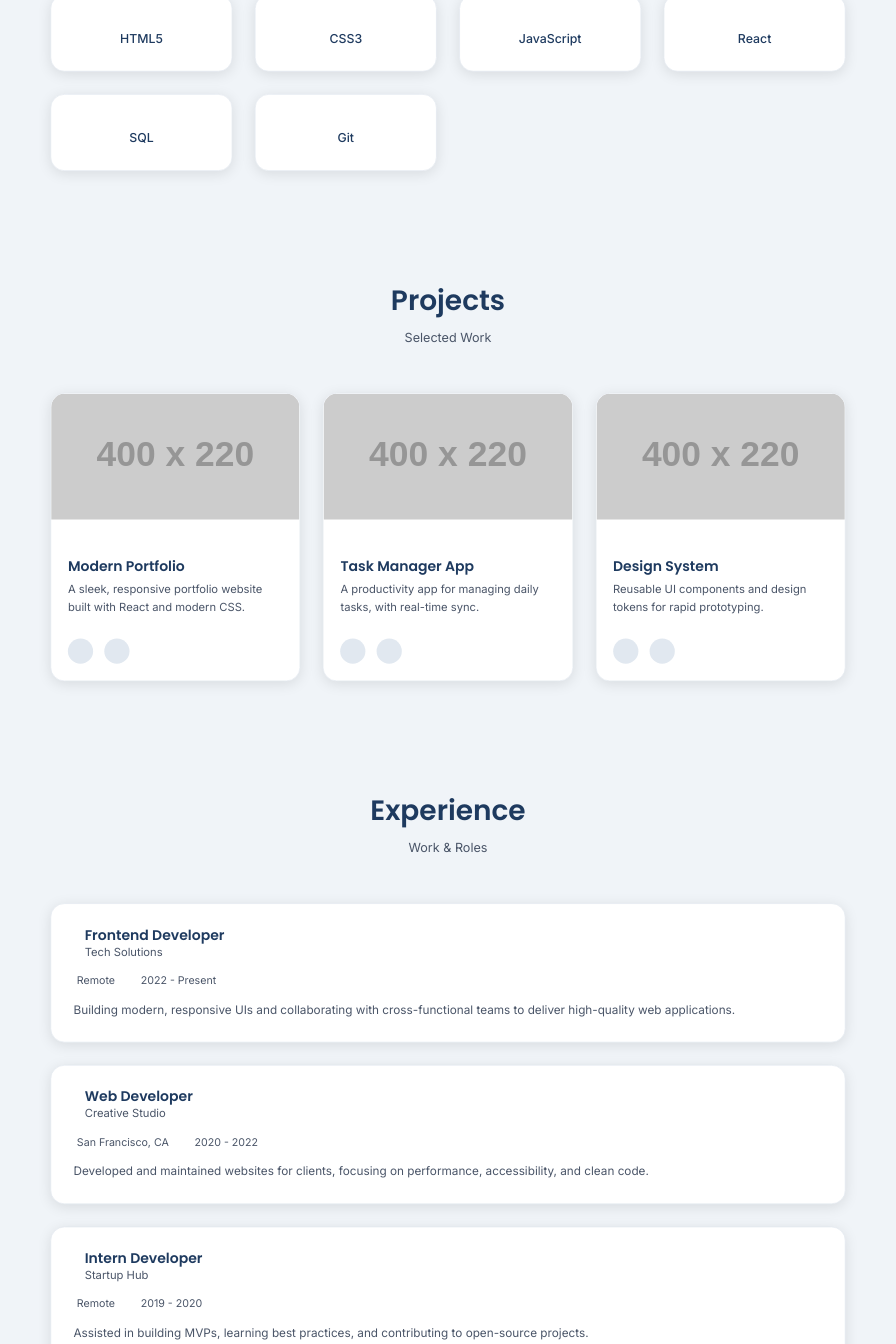
Repository: TharunPathakamuri/Portfolio
Page: index.html
An editor plug-in stored every save of this project. The page is shown before and after a run of saves, followed by the edit.
The browser window is 1280 px wide. The pictures show the part of the page from y = 1926 to 3846 px (the page is 4852 px tall before and 4877 px after), at 70% of full size.

Above is the page before, as saved 2025-07-04 23:30:46.

After the next 2 saves:
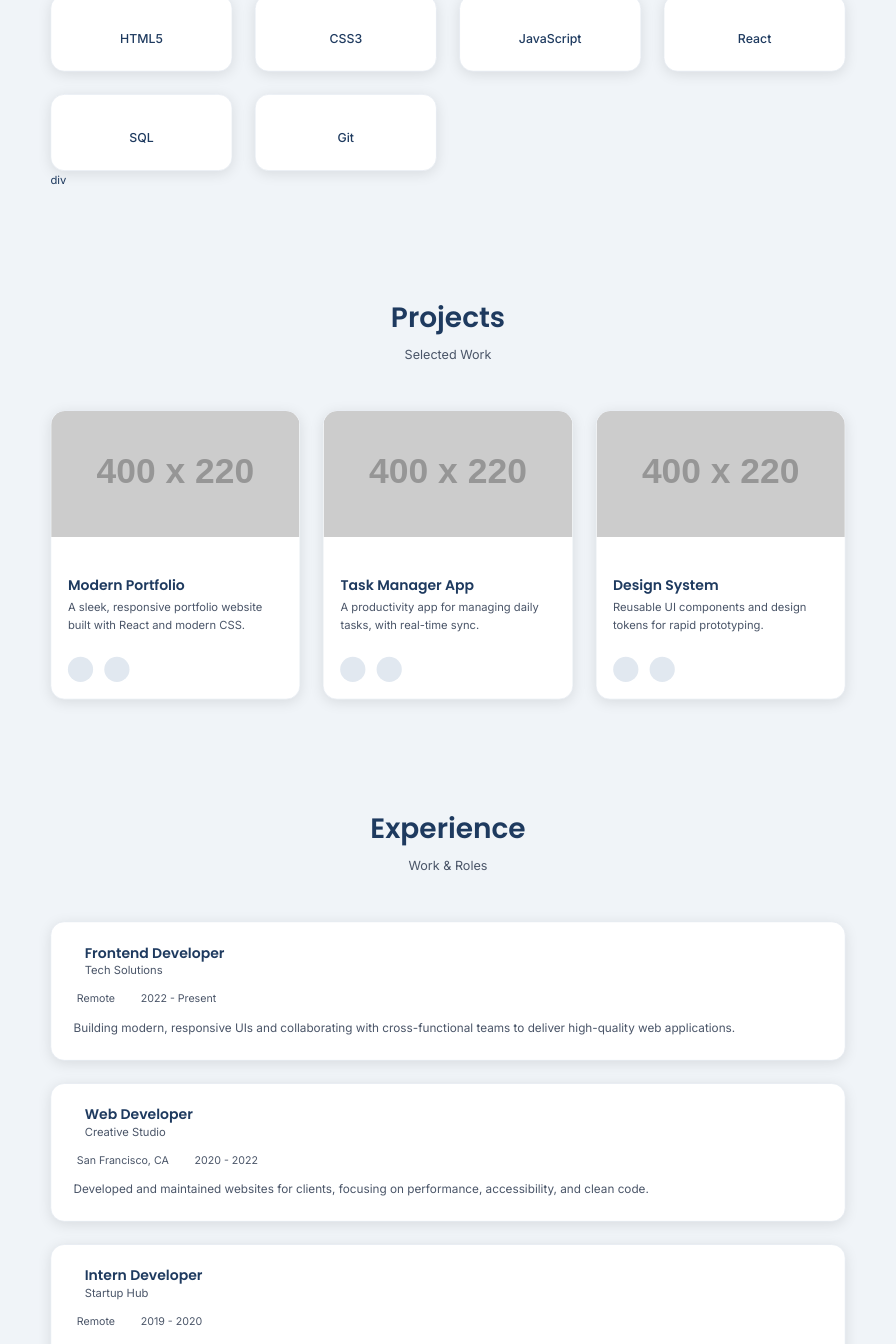
The 2 saves are shown as one change because they came seconds apart.
The last was saved 7 s later.
--- a/index.html
+++ b/index.html
@@ -294,6 +294,7 @@
             </div>
             <div class="skill-name">Git</div>
           </div>
+          </div>div
     </section>
 
     <!-- Projects Section -->

After the 2 saves that followed:
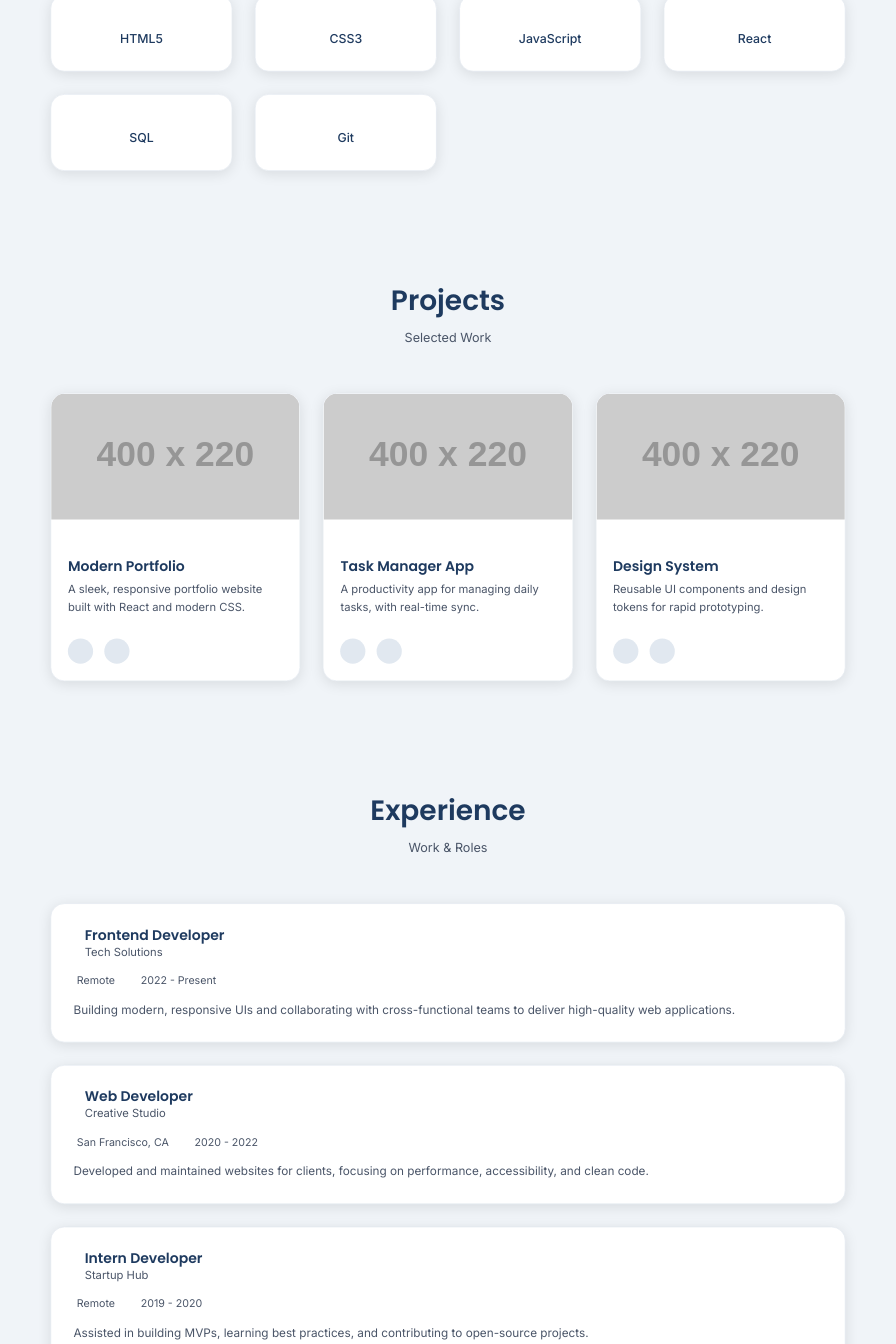
The 2 saves are shown as one change because they came seconds apart.
The last was saved 6 s later.
--- a/index.html
+++ b/index.html
@@ -294,7 +294,8 @@
             </div>
             <div class="skill-name">Git</div>
           </div>
-          </div>div
+          </div>
+          </div>
     </section>
 
     <!-- Projects Section -->
